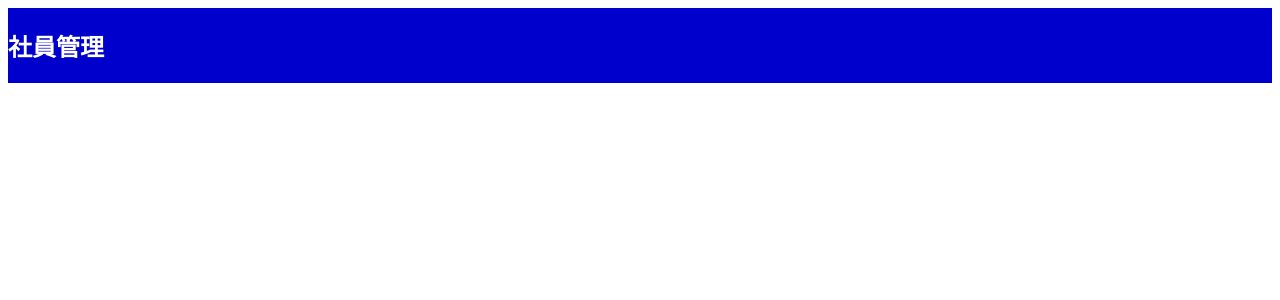
Repository: eb-communicationservice/php_study
Page: http://localhost/views/scripts/members/index.php
The author's editor kept a copy of each file at every save. The page is drawn from the files as they stood at one save, then again after the next save.
The browser window is 1280 px wide. The pictures show the whole page.
The page is run by PHP 8.4 with error messages shown; the project is at /var/www/html/.

Above is the page before, as saved 2015-12-06 07:39:07.

After the next save:
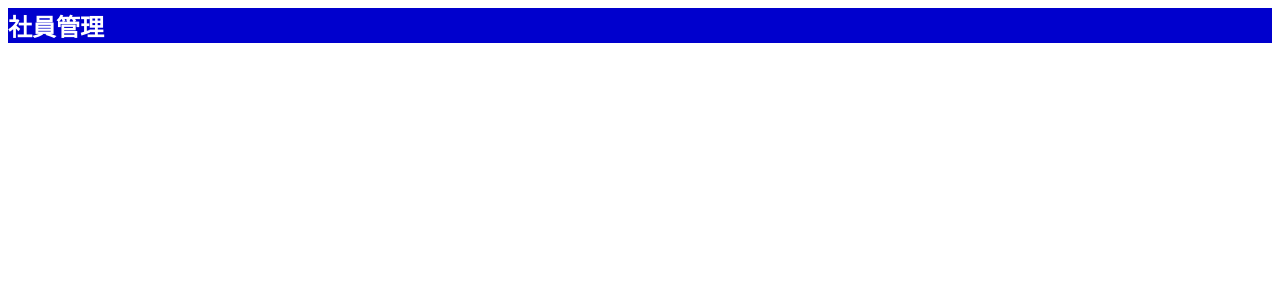
Saved 12 s later.
--- a/kadai01/css/common.css
+++ b/kadai01/css/common.css
@@ -2,5 +2,5 @@
 div#viewName{
 	background-color: #0000cd;
 	color: #ffffff;
-	padding: 0.1px 0px;
+	padding: 0px 0px;
 }
